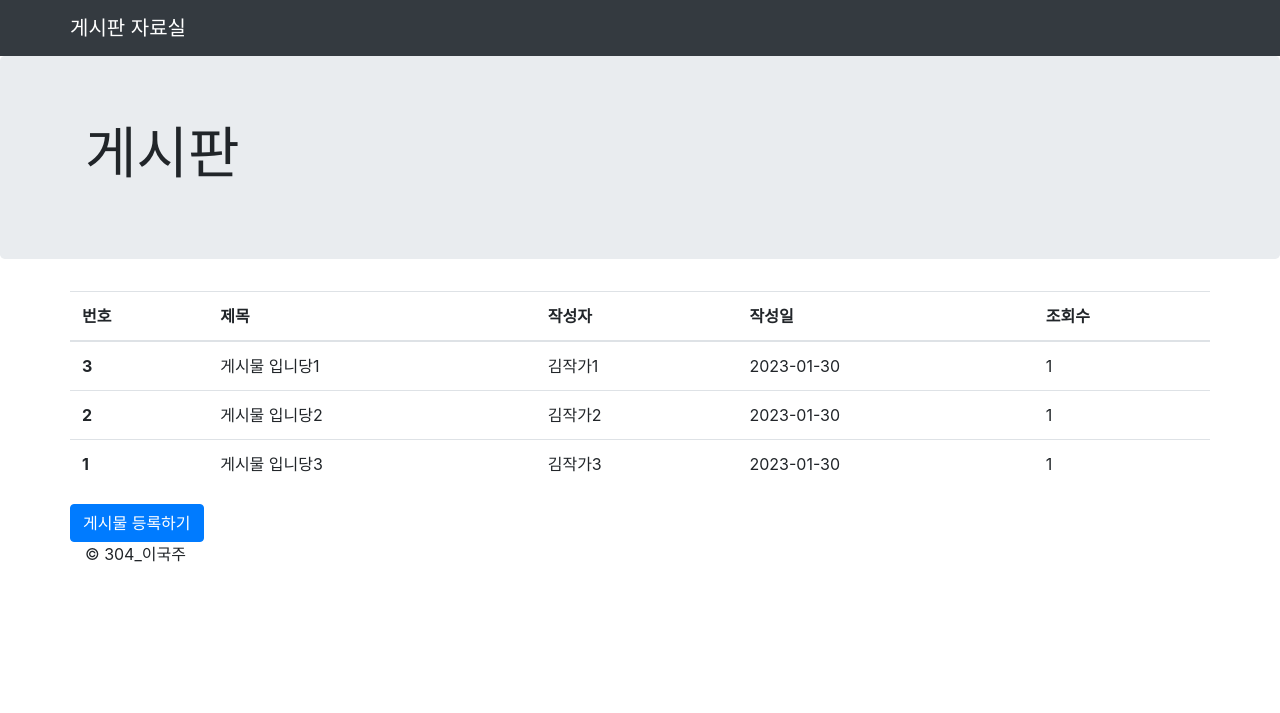
Repository: LeeKukJu/JSP-Study
Page: http://localhost/JSPBook/ch11/totaltest/boardList.jsp
The author's editor kept a copy of each file at every save. The page is drawn from the files as they stood at one save, then again after the next save.
The browser window is 1280 px wide. The pictures show the whole page.
The page is served by Tomcat 9. Nobody is signed in. The application's start-up code is not run. Other server files are loaded and not shown.

Above is the page before, as saved 2023-02-03 10:28:50.

### JSPBook/WebContent/ch11/totaltest/boardList.jsp
<%@page import="dto.BoardVO"%>
<%@page import="java.util.ArrayList"%>
<%@page import="dao.BoardDAO"%>
<%@ page language="java" contentType="text/html; charset=UTF-8"
	pageEncoding="UTF-8"%>
<%@ taglib prefix="c" uri="http://java.sun.com/jsp/jstl/core"%>
<%@ taglib prefix="fn" uri="http://java.sun.com/jsp/jstl/functions"%>
<!DOCTYPE html>
<html>
<head>
<meta charset="UTF-8">
<title>Insert title here</title>
</head>
<body>
	<!--
	1. 게시판 리스트를 table로 만들어서 출력해주세요.
		- boardList.jsp 페이지에다 만들어주세요
		- 넘겨받은 리스트 데이터를 코어태그를 이용하여 출력해주세요.
		  > c:set 리스트 저장 후 사용
		  > c:choose, c:when, c:otherwise
		  > c:forEach

		** 초반 데이터는 없습니다.
					제목						작성자		작성일			조회수
	─────────────────────────────────────────────────────────────────────────────
						조회하실 게시글이 존재하지 않습니다.
	─────────────────────────────────────────────────────────────────────────────


		** 데이터가 있는 경우 아래와 같이 출력됩니다.
				제목						작성자		작성일			조회수
	─────────────────────────────────────────────────────────────────────────────
		게시판 제목입니다......! 1			허나훔		2022-12-12		1245
		게시판 제목입니다......! 2			송서영		2022-12-12		1245
		게시판 제목입니다......! 3			채진영		2022-12-12		1245
		게시판 제목입니다......! 4			배영호		2022-12-12		1245
		게시판 제목입니다......! 5			조은혁		2022-12-12		1245
		게시판 제목입니다......! 6			조현수		2022-12-12		1245
		.....
	─────────────────────────────────────────────────────────────────────────────
	 게시글 등록하기

	2. 등록하기 버튼을 누르면 시큐리티에 의해 보호자원으로 설정되어 있습니다.
		해당 게시글 등록하기는 역할명 admin의 username "administrator" password "a0011" 로 설정해주세요
		그리고 admin 역할명에 해당하는 역할 계정이 아니고서는 접근 불가능하게 해주세요.
		시큐리티 인증 방식은 FORM 방식으로 하고, 로그인 페이지는 login.jsp로 설정해주세요.
		인증 실패 시, 에러 페이지는 login_failed 페이지로 설정해주세요.

	3. 게시판 리스트에서 내가 조회할 게시글 하나를 클릭 시, 게시판 상세보기 페이지로 이동합니다.
		- boardView.jsp 로 이동
 -->

	<%@include file="./menu.jsp"%>
	<div class="jumbotron">
		<div class="container">
			<h1 class="display-4">게시판</h1>
		</div>
	</div>
	<%
		BoardDAO boardDAO = BoardDAO.getInstance();
	ArrayList<BoardVO> boardList = boardDAO.getBoardList();
	%>

	<c:set var="list" value="<%=boardList%>" />
	<c:set var="listSize" value="<%=boardList.size()%>" />

	<div class="container">
		<div class="row" align="center">
			<table class="table table-hover">
				<thead>
					<tr>
						<th scope="col">번호</th>
						<th scope="col">제목</th>
						<th scope="col">작성자</th>
						<th scope="col">작성일</th>
						<th scope="col">조회수</th>
					</tr>
				</thead>
				<tbody>
					<c:choose>
						<c:when test="${listSize > 0}">
							<c:forEach var="board" items="${list}" varStatus="stat">
								<tr>
									<th scope="row">${(listSize-stat.count)+1}</th>
									<td>${board.title}</td>
									<td>${board.author}</td>
									<td>${board.writeDate}</td>
									<td>${board.hit}</td>
								</tr>
							</c:forEach>
						</c:when>
						<c:otherwise>
							<tr>
								<th scope="row">조회하실 게시글이 존재하지 않습니다.</th>
							</tr>
						</c:otherwise>
					</c:choose>
				</tbody>
			</table>
		</div>
		<div class="row" align="left">
			<a class="btn btn-primary" href="#" role="button">게시물 등록하기</a>
		</div>
	</div>

<%@include file="./footer.jsp" %>
</body>
</html>

### JSPBook/WebContent/ch11/totaltest/menu.jsp
<%@ page language="java" contentType="text/html; charset=UTF-8"
	pageEncoding="UTF-8"%>
<link rel="stylesheet" href="https://maxcdn.bootstrapcdn.com/bootstrap/4.0.0/css/bootstrap.min.css"/>
<!--
	메뉴를 제공하는 페이지를 구성해주세요.
	- 메뉴를 구성하고 각 페이지(view)를 담당하는 jsp 마다 페이지 모듈화를 진행해주세요.

	[상단 메뉴 구성]
	게시판  자료실 -> boardList.jsp 요청 ( 시큐리티 작동하도록)
 -->

<nav class="navbar navbar-expand navbar-dark bg-dark">
	<div class="container">
		<div class="navbar-header">
			<a class="navbar-brand" href="./boardList.jsp">게시판 자료실</a>
		</div>
	</div>
</nav>

### JSPBook/WebContent/ch11/totaltest/footer.jsp
<%@ page language="java" contentType="text/html; charset=UTF-8"
    pageEncoding="UTF-8"%>
<!DOCTYPE html>
<html>
<head>
<meta charset="UTF-8">
<title>@304_이국주</title>
</head>
<body>
<!--
	@304_본인이름  으로 페이지를 구성해주세요.
	- 메뉴를 구성하고 각 페이지(view)를 담당하는 jsp 마다 페이지 모듈화를 진행해주세요.
 -->

 <footer class="container">
	<p>&copy; 304_이국주</p>
</footer>

</body>
</html>

### JSPBook/src/dao/BoardDAO.java
package dao;

import java.text.SimpleDateFormat;
import java.time.LocalDate;
import java.util.ArrayList;
import java.util.Calendar;
import java.util.Date;

import dto.BoardVO;

public class BoardDAO {

	private ArrayList<BoardVO> boardList = new ArrayList<BoardVO>();

	private static BoardDAO instance = new BoardDAO();
	public static BoardDAO getInstance() {
		return instance;
	}



	public BoardDAO() {
		BoardVO board1 = new BoardVO();
		LocalDate writeDate = LocalDate.now();

		board1.setTitle("게시물 입니당1");
		board1.setAuthor("김작가1");
		board1.setWriteDate(writeDate);
		board1.setHit(1);

		BoardVO board2 = new BoardVO();

		board2.setTitle("게시물 입니당2");
		board2.setAuthor("김작가2");
		board2.setWriteDate(writeDate);
		board2.setHit(1);

		BoardVO board3 = new BoardVO();

		board3.setTitle("게시물 입니당3");
		board3.setAuthor("김작가3");
		board3.setWriteDate(writeDate);
		board3.setHit(1);

		boardList.add(board1);
		boardList.add(board2);
		boardList.add(board3);
	}



	public ArrayList<BoardVO> getBoardList(){
		return boardList;
	}

	public void insertBoard(BoardVO board) {
		boardList.add(board);
	}


}

### JSPBook/src/dto/BoardVO.java
package dto;

import java.time.LocalDate;
import java.util.Date;

public class BoardVO {
	private String title;
	private String author;
	private LocalDate writeDate;
	private int hit;

	public String getTitle() {
		return title;
	}
	public void setTitle(String title) {
		this.title = title;
	}
	public String getAuthor() {
		return author;
	}
	public void setAuthor(String author) {
		this.author = author;
	}
	public LocalDate getWriteDate() {
		return writeDate;
	}
	public void setWriteDate(LocalDate writeDate) {
		this.writeDate = writeDate;
	}
	public int getHit() {
		return hit;
	}
	public void setHit(int hit) {
		this.hit = hit;
	}




}

After the next save:
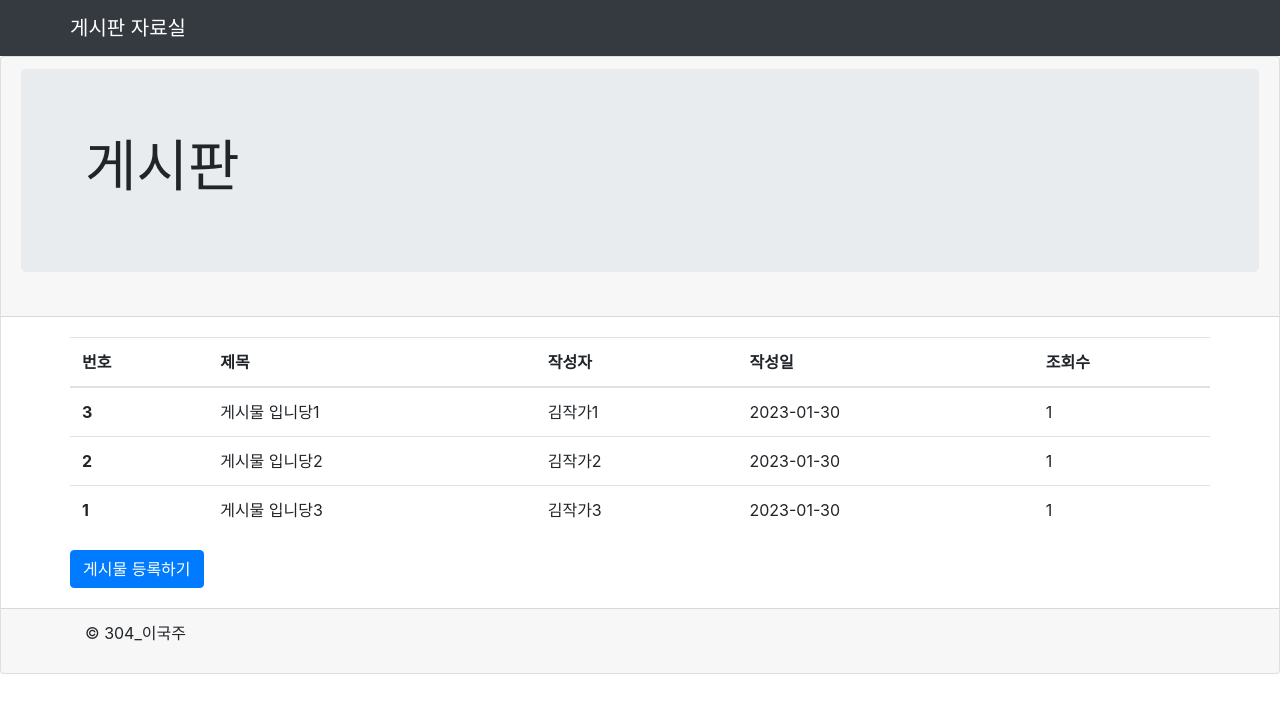
Saved 4 min 45 s later.
--- a/JSPBook/WebContent/ch11/totaltest/boardList.jsp
+++ b/JSPBook/WebContent/ch11/totaltest/boardList.jsp
@@ -51,11 +51,7 @@
  -->
 
 	<%@include file="./menu.jsp"%>
-	<div class="jumbotron">
-		<div class="container">
-			<h1 class="display-4">게시판</h1>
-		</div>
-	</div>
+
 	<%
 		BoardDAO boardDAO = BoardDAO.getInstance();
 	ArrayList<BoardVO> boardList = boardDAO.getBoardList();
@@ -63,6 +59,15 @@
 
 	<c:set var="list" value="<%=boardList%>" />
 	<c:set var="listSize" value="<%=boardList.size()%>" />
+<div class="card">
+<div class="card-header">
+<div class="jumbotron">
+		<div class="container">
+			<h1 class="display-4">게시판</h1>
+		</div>
+	</div>
+</div>
+<div class="card-body">
 
 	<div class="container">
 		<div class="row" align="center">
@@ -102,7 +107,10 @@
 			<a class="btn btn-primary" href="#" role="button">게시물 등록하기</a>
 		</div>
 	</div>
-
+</div>
+<div class="card-footer">
 <%@include file="./footer.jsp" %>
+</div>
+</div>
 </body>
 </html>

After the 2 saves that followed:
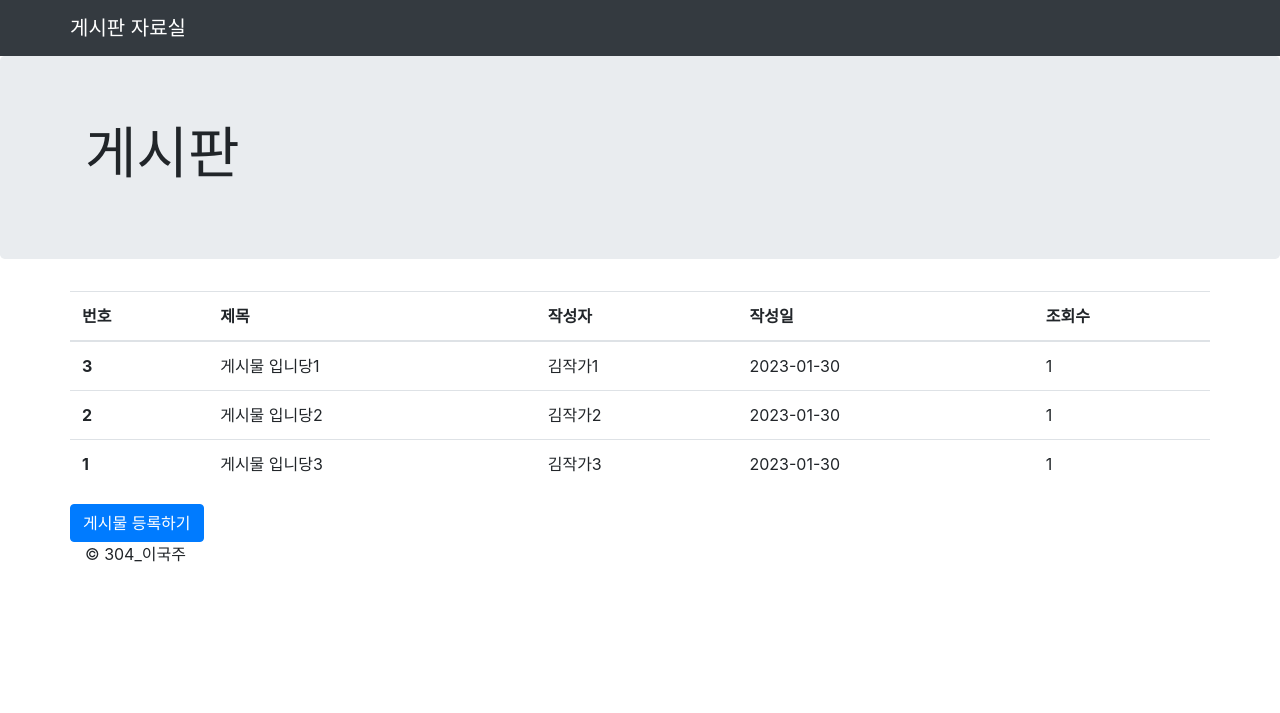
The 2 saves are shown as one change because 1 left the picture as it was.
The last was saved 2 min 1 s later.
--- a/JSPBook/WebContent/ch11/totaltest/boardList.jsp
+++ b/JSPBook/WebContent/ch11/totaltest/boardList.jsp
@@ -59,15 +59,13 @@
 
 	<c:set var="list" value="<%=boardList%>" />
 	<c:set var="listSize" value="<%=boardList.size()%>" />
-<div class="card">
-<div class="card-header">
-<div class="jumbotron">
+
+
+	<div class="jumbotron">
 		<div class="container">
 			<h1 class="display-4">게시판</h1>
 		</div>
 	</div>
-</div>
-<div class="card-body">
 
 	<div class="container">
 		<div class="row" align="center">
@@ -107,10 +105,10 @@
 			<a class="btn btn-primary" href="#" role="button">게시물 등록하기</a>
 		</div>
 	</div>
-</div>
-<div class="card-footer">
-<%@include file="./footer.jsp" %>
-</div>
-</div>
+
+
+	<%@include file="./footer.jsp"%>
+
+
 </body>
 </html>
